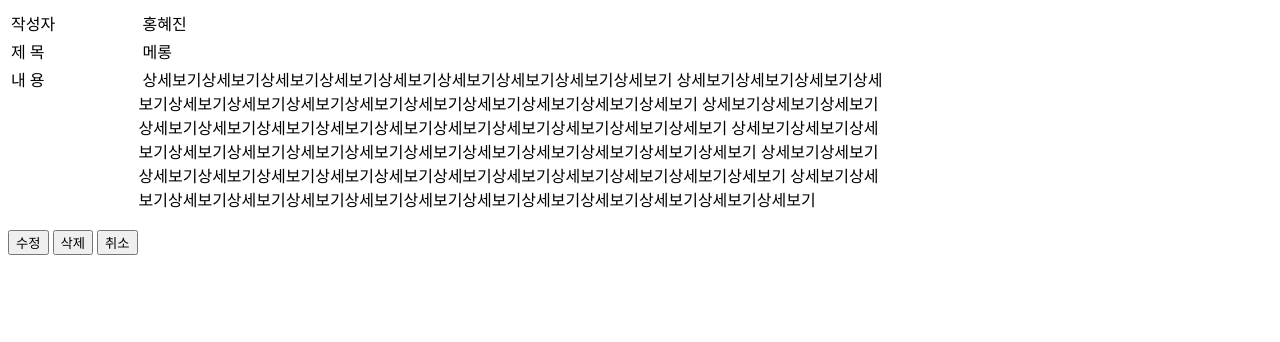
Repository: ekgus419/hckj
Page: http://localhost/Railro/WEB-INF/views/freeBoard/freeBoardDetail.jsp
The author's editor kept a copy of each file at every save. The page is drawn from the files as they stood at one save, then again after the next save.
The browser window is 1280 px wide. The pictures show the whole page.
The page is served by Tomcat 9. Nobody is signed in. Other server files are loaded and not shown. The template is opened directly, without the code that normally fills it, so the values that code supplies are empty.

Above is the page before, as saved 2016-08-23 01:41:04.

### Railro/src/main/webapp/WEB-INF/views/freeBoard/freeBoardDetail.jsp
<%@ page language="java" pageEncoding="UTF-8" trimDirectiveWhitespaces="true"%>

<div class="content">
	<form name="" method="post" action="" onsubmit="" >
		<table width="70%">
    		<tr>
				<td width="10%">작성자</td>
				<td width="60%">
				&nbsp;홍혜진
				</td>
			</tr>
    		<tr>
     			<td>제 목</td>
     			<td>
				&nbsp;메롱
				</td>
    		</tr>
    		<tr>
     			<td style="vertical-align: top">내 용</td>
     			<td>
				&nbsp;상세보기상세보기상세보기상세보기상세보기상세보기상세보기상세보기상세보기
				상세보기상세보기상세보기상세보기상세보기상세보기상세보기상세보기상세보기상세보기상세보기상세보기상세보기
				상세보기상세보기상세보기상세보기상세보기상세보기상세보기상세보기상세보기상세보기상세보기상세보기상세보기
				상세보기상세보기상세보기상세보기상세보기상세보기상세보기상세보기상세보기상세보기상세보기상세보기상세보기
				상세보기상세보기상세보기상세보기상세보기상세보기상세보기상세보기상세보기상세보기상세보기상세보기상세보기
				상세보기상세보기상세보기상세보기상세보기상세보기상세보기상세보기상세보기상세보기상세보기상세보기상세보기
				</td>
    		</tr>
		</table>
	</form>
	<div class="button">
			<button>수정</button>
			<button>삭제</button>
			<button onclick="javasrcipt:history.go(-1)">취소</button>
		</div>
</div>

After the next save:
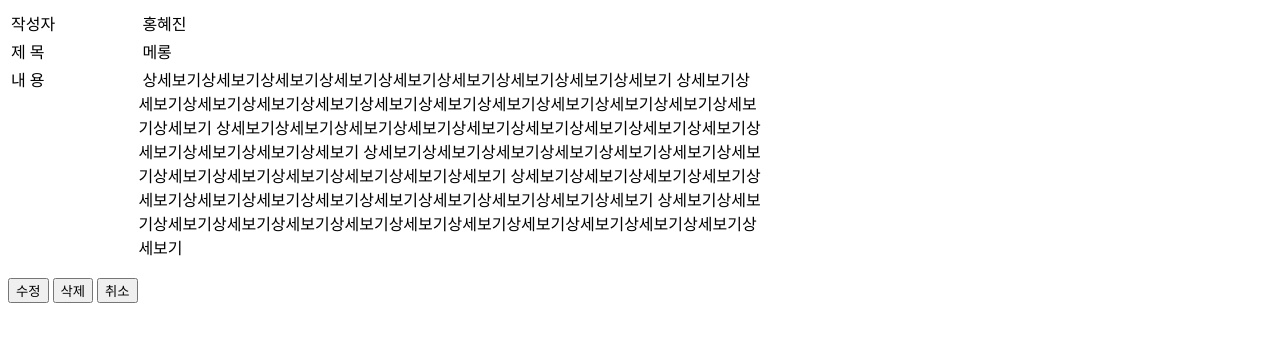
Saved 14 s later.
--- a/Railro/src/main/webapp/WEB-INF/views/freeBoard/freeBoardDetail.jsp
+++ b/Railro/src/main/webapp/WEB-INF/views/freeBoard/freeBoardDetail.jsp
@@ -2,10 +2,10 @@
 
 <div class="content">
 	<form name="" method="post" action="" onsubmit="" >
-		<table width="70%">
+		<table width="60%">
     		<tr>
 				<td width="10%">작성자</td>
-				<td width="60%">
+				<td width="50%">
 				&nbsp;홍혜진
 				</td>
 			</tr>
